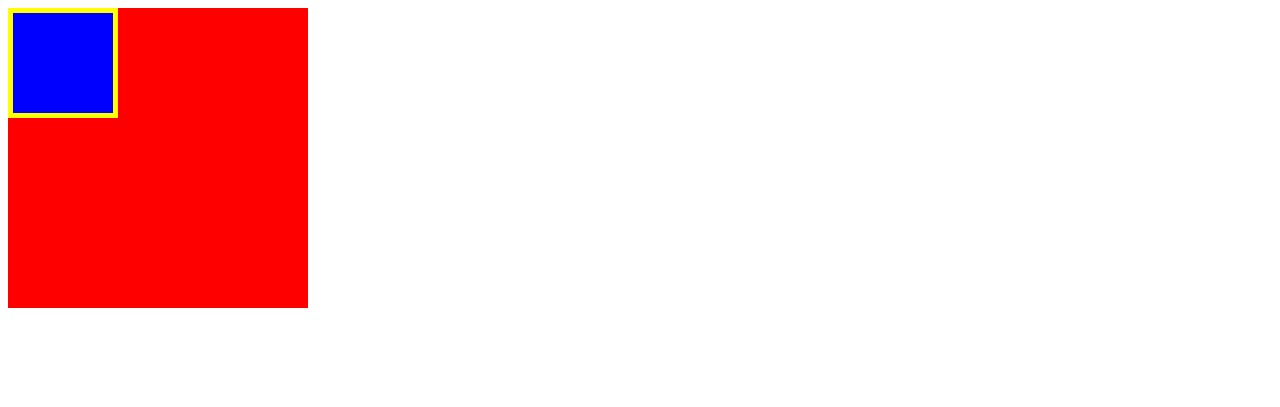
Repository: papisi-zu/book1
Page: box/box.html
The author's editor kept a record of every edit. The page is drawn from the files as they stood at one moment, then again after the next edit.
The browser window is 1280 px wide. The pictures show the whole page.

Above is the page before.

After the next edit:
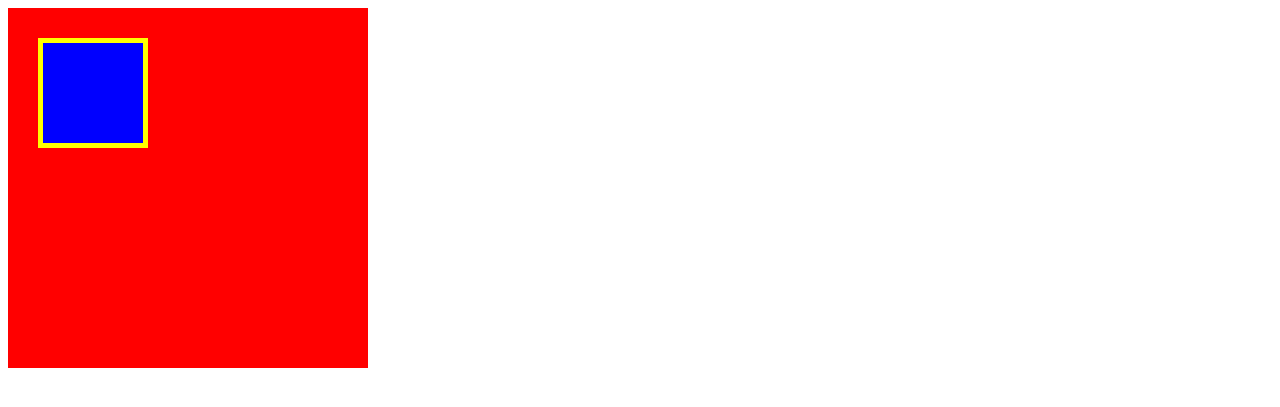
The edit:
--- a/box/box.css
+++ b/box/box.css
@@ -2,6 +2,8 @@
   width: 300px;
   height: 300px;
   background-color:red;
+  margin; 30px;
+  padding: 30px;
 }
 .box2{
   width:100px;
